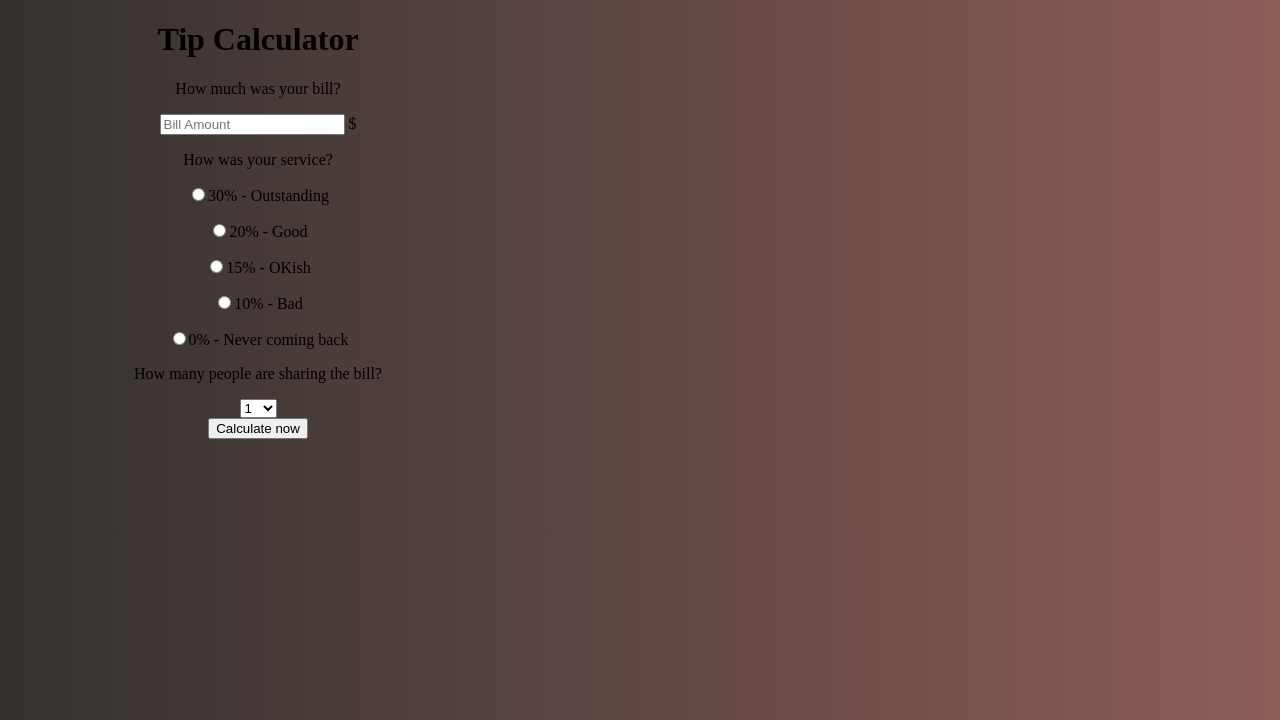
Repository: NiutaR/tip-calculator
Page: index.html
These files come from the project's save history. The page is drawn as it stood at one moment and after a run of saves; the edit follows.
The browser window is 1280 px wide. The pictures show the whole page.

Above is the page before, as saved 2021-07-24 17:09:29.

### index.html
<!DOCTYPE html>
<html lang="en">

<head>
    <meta charset="UTF-8">
    <meta http-equiv="X-UA-Compatible" content="IE=edge">
    <meta name="viewport" content="width=device-width, initial-scale=1.0">
    <link rel="stylesheet" href="style.css">
    <title>Tip Calculator</title>
</head>

<body>
    <div id="container">
        <h1>Tip Calculator</h1>

        <div id="calculator">
            <form>
                <p>How much was your bill?</p>
                <input id="amount" type="text" placeholder="Bill Amount"> $
                <p>How was your service?</p>
                <p><input id="service" type="radio" value="0.3">30&#37 - Outstanding</p>
                <p><input id="service" type="radio" value="0.2">20&#37 - Good</p>
                <p><input id="service" type="radio" value="0.15">15&#37 - OKish</p>
                <p><input id="service" type="radio" value="0.1">10&#37 - Bad</p>
                <p><input id="service" type="radio" value="0.05">0&#37 - Never coming back</p>
                <p>How many people are sharing the bill?</p>
                <select>
                    <option value="1">1</option>
                    <option value="2">2</option>
                    <option value="3">3</option>
                    <option value="4">4</option>
                    <option value="5">5</option>
                    <option value="6">6</option>
                    <option value="7">7</option>
                    <option value="8">8</option>
                    <option value="9">9</option>
                    <option value="10">10</option>
                </select>
                <br>
                <button>Calculate now</button>
            </form>
        </div>
    </div>
    <script src="index.js"></script>
</body>

</html>

### style.css
body {
    background: coral;
    background: -webkit-linear-gradient(to left, #8d817f, #cecac5);
    /* Chrome 10-25, Safari 5.1-6 */
    background: linear-gradient(to left, #8d5d58, #33312f);
}
#container {
    width: 500px;
    height: 500px;
    text-align: center;
    ma
}

Loaded but not shown: index.js (no copy from this time; the picture is the same without it)

After the next 2 saves:
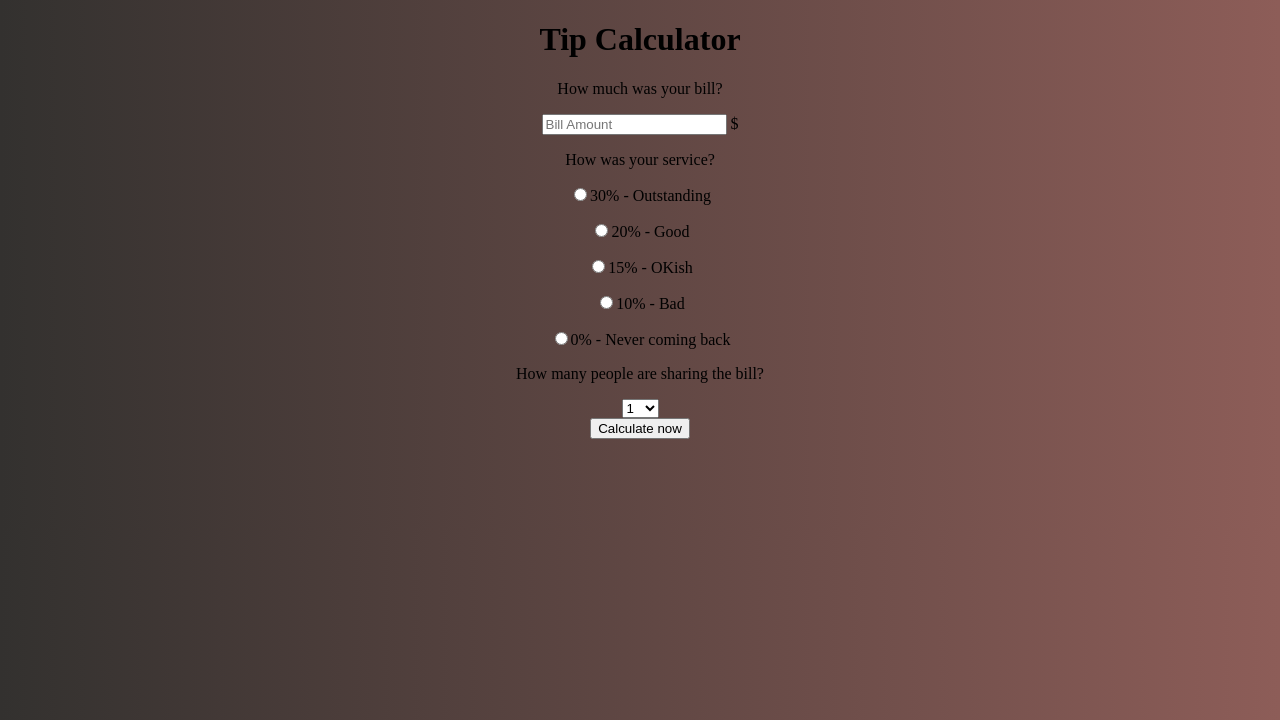
The 2 saves are shown as one change because they came seconds apart.
The last was saved 6 s later.
--- a/style.css
+++ b/style.css
@@ -8,5 +8,5 @@ body {
     width: 500px;
     height: 500px;
     text-align: center;
-    ma
+    margin: 0 auto;
 }
